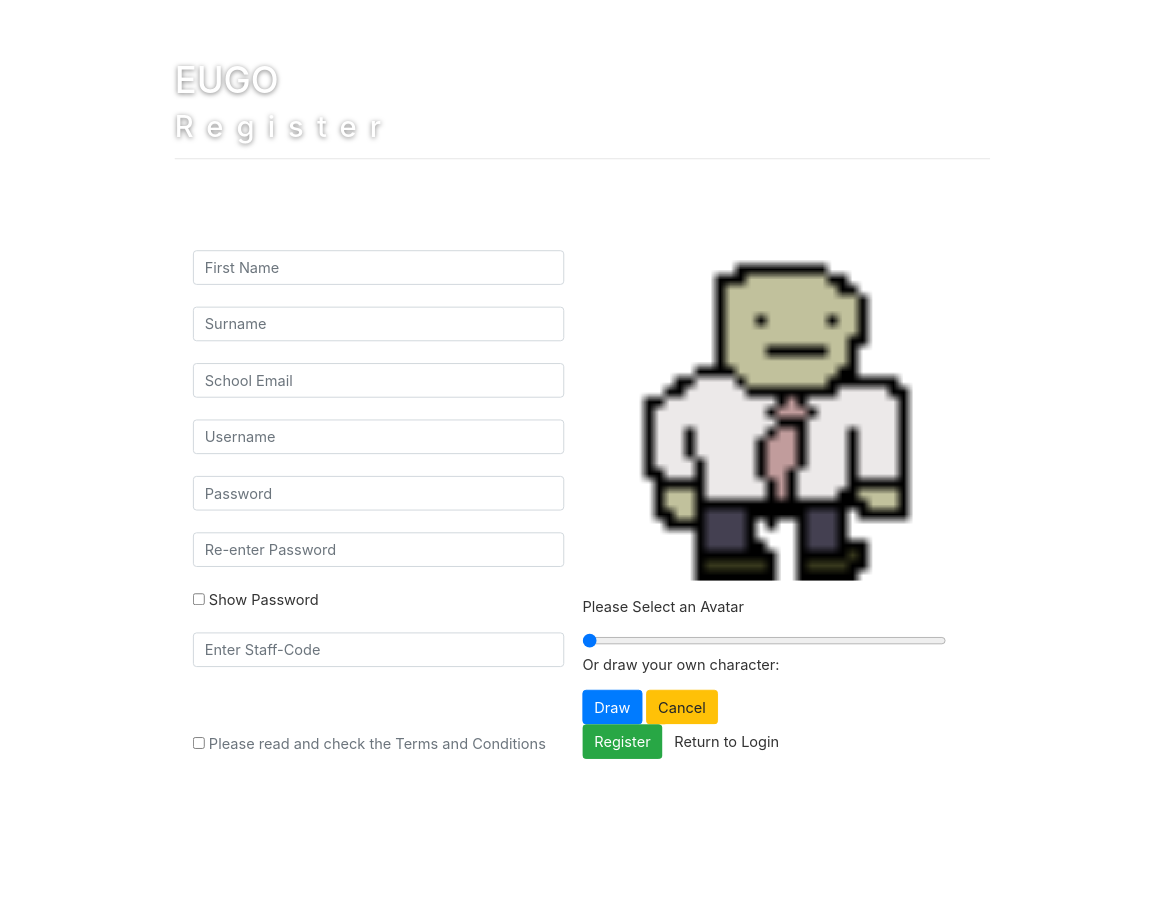
Repository: nbaker47/eugo_pokemongo_clone
Page: eugo/templates/register.html
These files come from the project's save history. The page is drawn as it stood at one moment and after the next save; the edit follows.
The browser window is 1280 px wide. The pictures show the whole page, at 91% of full size.
The template is drawn by Django 4.2. The application's start-up code is not run. The template is opened directly, without the code that normally fills it, so the values that code supplies are empty.

Above is the page before, as saved 2022-03-24 11:27:33.

After the next save:
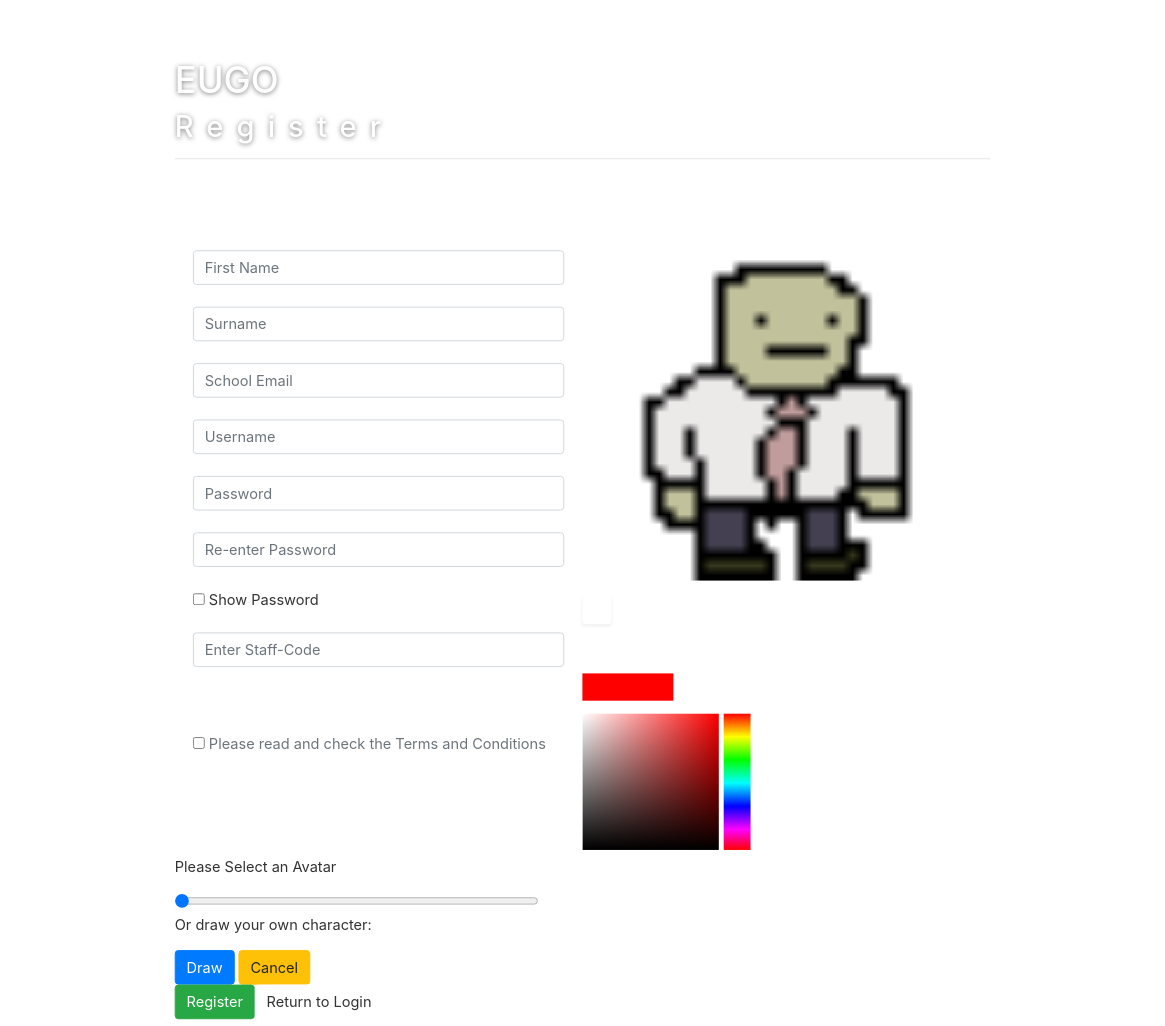
Saved 47 s later.
--- a/eugo/templates/register.html
+++ b/eugo/templates/register.html
@@ -168,20 +168,20 @@
                     <img src='{% static "/eugo/img/teacher_sprites/teacher_3.png" %}' class="spirite-img">
                 </div>
 
-                <div id="sprite-designer-div">
-                    <canvas id="myCanvas" class="shadow-sm p-3 mb-5 bg-white rounded" width="500" height="500"></canvas>
-                    <div id="color-picker-div">
-                        <label for="color-input" id="color-label" style="background-color: red"></label>
-                        <input type="checkbox" id="color-input" checked></input>
-                        <br>
-                        <div id="color-picker">
-                            <canvas id="color-block" height="150" width="150"></canvas>
-                            <canvas id="color-strip" height="150" width="30"></canvas>
-                        </div>
-                        <input type="hidden" value="" id="colour-output">
-                        <input type="hidden" value="" id="canvas-output" name="canvas-output">
-                    </div>
+                <!--<div id="sprite-designer-div">-->
+                <canvas id="myCanvas" class="shadow-sm p-3 mb-5 bg-white rounded" width="500" height="500"></canvas>
+                <div id="color-picker-div">
+                    <label for="color-input" id="color-label" style="background-color: red"></label>
+                    <input type="checkbox" id="color-input" checked></input>
+                    <br>
+                    <div id="color-picker">
+                        <canvas id="color-block" height="150" width="150"></canvas>
+                        <canvas id="color-strip" height="150" width="30"></canvas>
+                    </div>
+                    <input type="hidden" value="" id="colour-output">
+                    <input type="hidden" value="" id="canvas-output" name="canvas-output">
                 </div>
+                <!--</div>-->
 
                 <p>Please Select an Avatar</p>
                 <input class="rangeslider" type="range" id="sprite" name="sprite" min="1" max="3" value="1">

After the save that followed:
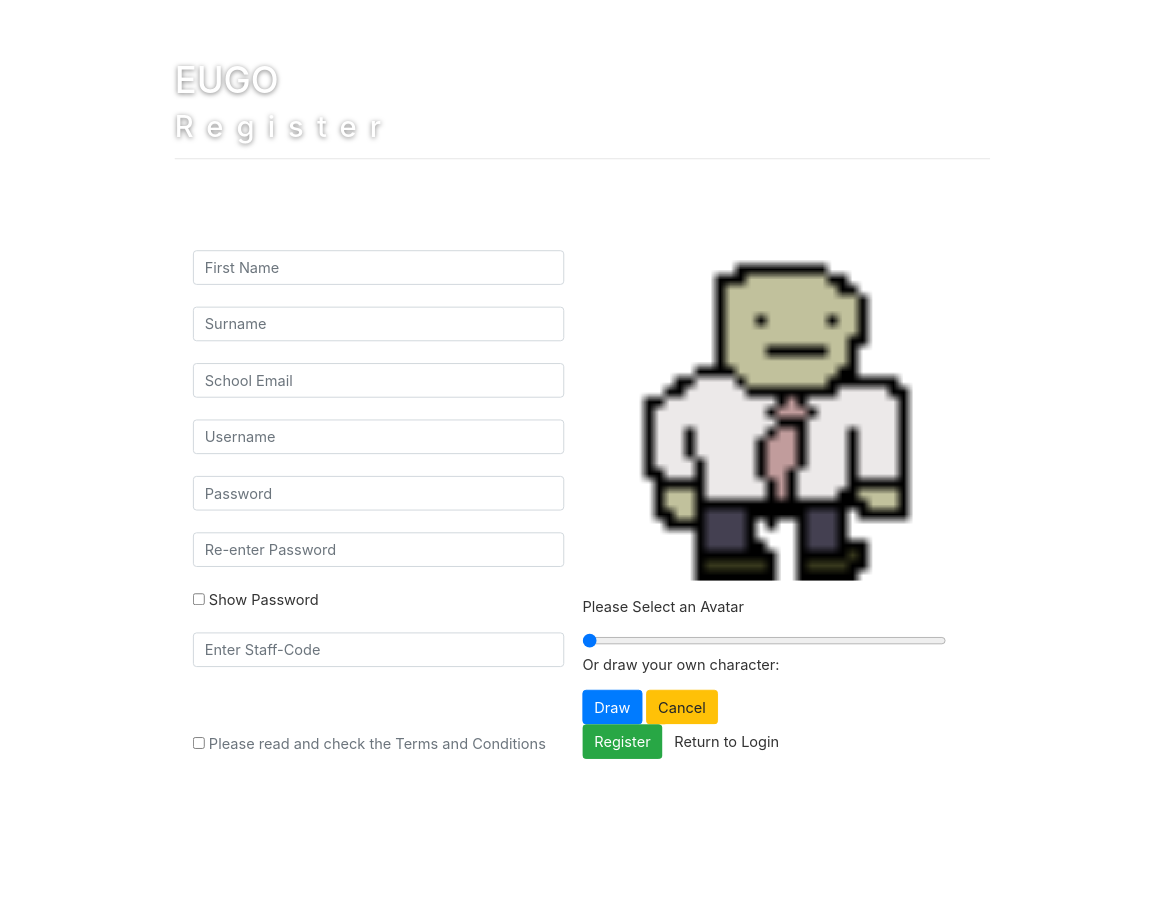
Saved 39 s later.
--- a/eugo/templates/register.html
+++ b/eugo/templates/register.html
@@ -168,20 +168,20 @@
                     <img src='{% static "/eugo/img/teacher_sprites/teacher_3.png" %}' class="spirite-img">
                 </div>
 
-                <!--<div id="sprite-designer-div">-->
-                <canvas id="myCanvas" class="shadow-sm p-3 mb-5 bg-white rounded" width="500" height="500"></canvas>
-                <div id="color-picker-div">
-                    <label for="color-input" id="color-label" style="background-color: red"></label>
-                    <input type="checkbox" id="color-input" checked></input>
-                    <br>
-                    <div id="color-picker">
-                        <canvas id="color-block" height="150" width="150"></canvas>
-                        <canvas id="color-strip" height="150" width="30"></canvas>
-                    </div>
-                    <input type="hidden" value="" id="colour-output">
-                    <input type="hidden" value="" id="canvas-output" name="canvas-output">
+                <div id="sprite-designer-div">
+                    <canvas id="myCanvas" class="shadow-sm p-3 mb-5 bg-white rounded" width="500" height="500"></canvas>
+                    <div id="color-picker-div">
+                        <label for="color-input" id="color-label" style="background-color: red"></label>
+                        <input type="checkbox" id="color-input" checked></input>
+                        <br>
+                        <div id="color-picker">
+                            <canvas id="color-block" height="150" width="150"></canvas>
+                            <canvas id="color-strip" height="150" width="30"></canvas>
+                        </div>
+                        <input type="hidden" value="" id="colour-output">
+                        <input type="hidden" value="" id="canvas-output" name="canvas-output">
+                    </div>
                 </div>
-                <!--</div>-->
 
                 <p>Please Select an Avatar</p>
                 <input class="rangeslider" type="range" id="sprite" name="sprite" min="1" max="3" value="1">
